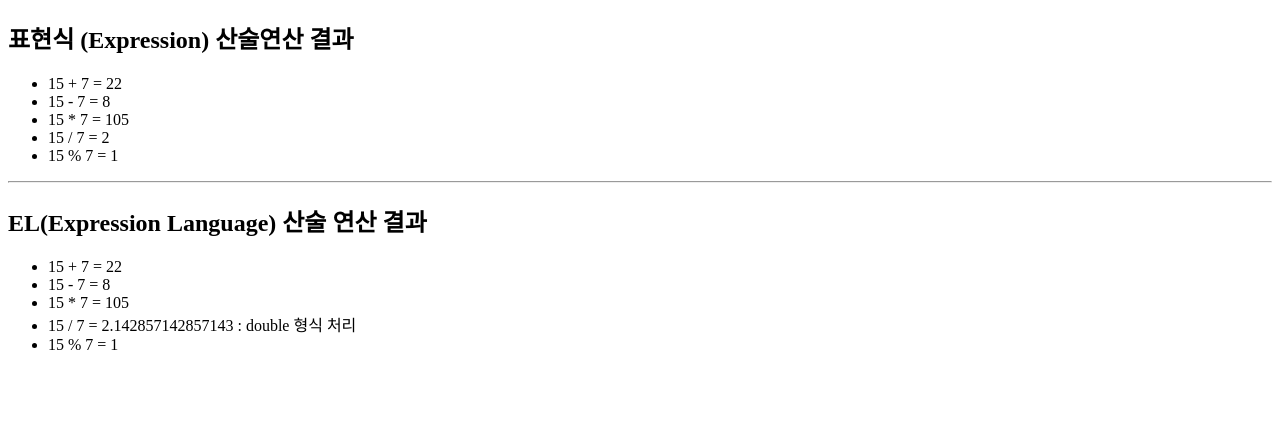
Repository: SeYoung1012/Bitcamp
Page: http://localhost/07_EL_JSTL/EL01_scope.jsp
These files come from the project's save history. The page is drawn as it stood at one moment and after the next save; the edit follows.
The browser window is 1280 px wide. The pictures show the whole page.
The page is served by Tomcat 9.

Above is the page before, as saved 2021-09-29 06:26:32.

After the next save:
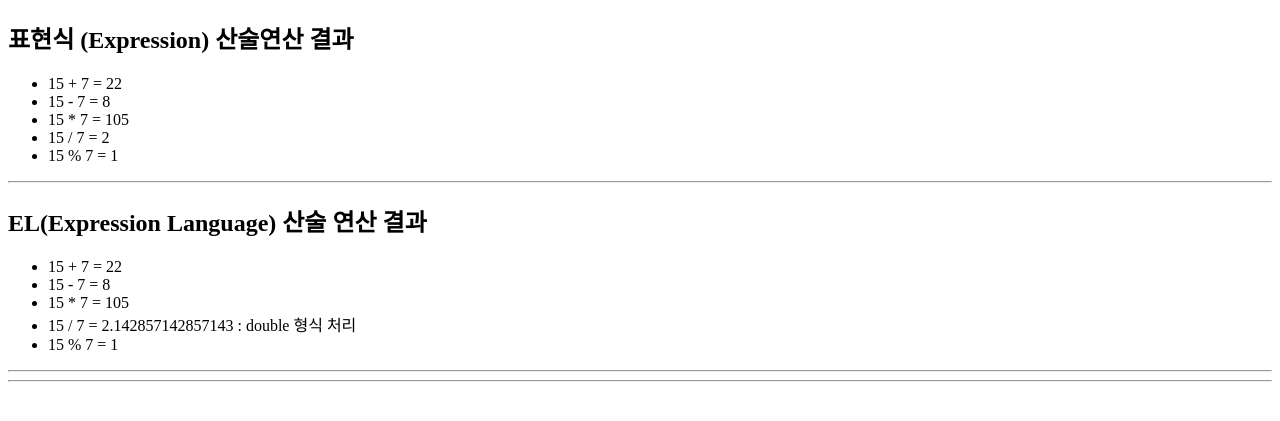
Saved 42 s later.
--- a/60_web/07_EL_JSTL/WebContent/EL01_scope.jsp
+++ b/60_web/07_EL_JSTL/WebContent/EL01_scope.jsp
@@ -42,6 +42,14 @@
 		<li>15 / 7 = ${15 / 7 } : double 형식 처리</li>
 		<li>15 % 7 = ${15 % 7 }</li>
 	</ul>
+	<hr><hr>
+
+
+
+
+	<br><br><br><br><br><br><br><br><br><br><br><br>
+
+
 
 </body>
 </html>
